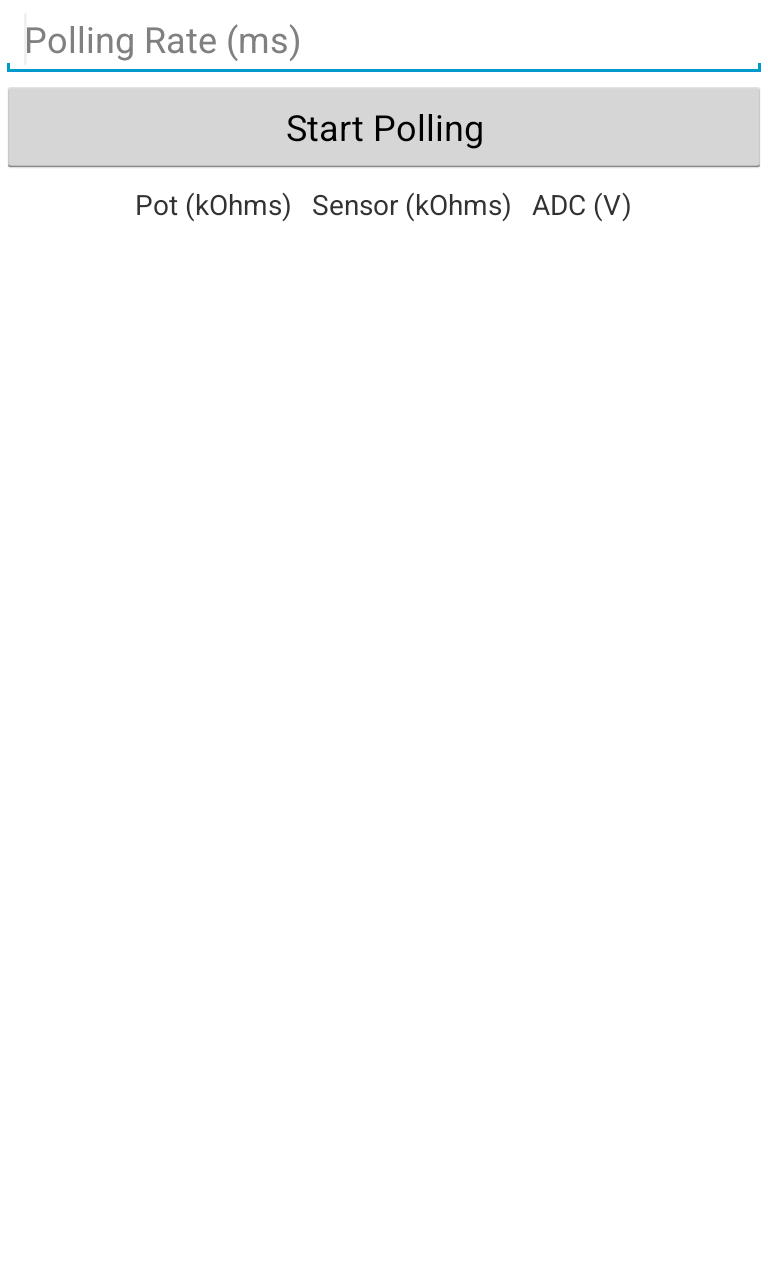
Repository: Pingzehao/ArduinoNanoSensor
Layout: IEC/IEC Sensor/res/layout/iecsensor_layout.xml
The author's editor kept a copy of each file at every save. The layout is drawn from the files as they stood at one save, then again after the next save.
It is drawn on a 768 x 1280 px phone screen (xhdpi) without system bars, with theme AppTheme; the app's code is not run.

Above is the layout before, as saved 2013-01-12 22:48:56.

After the next save:
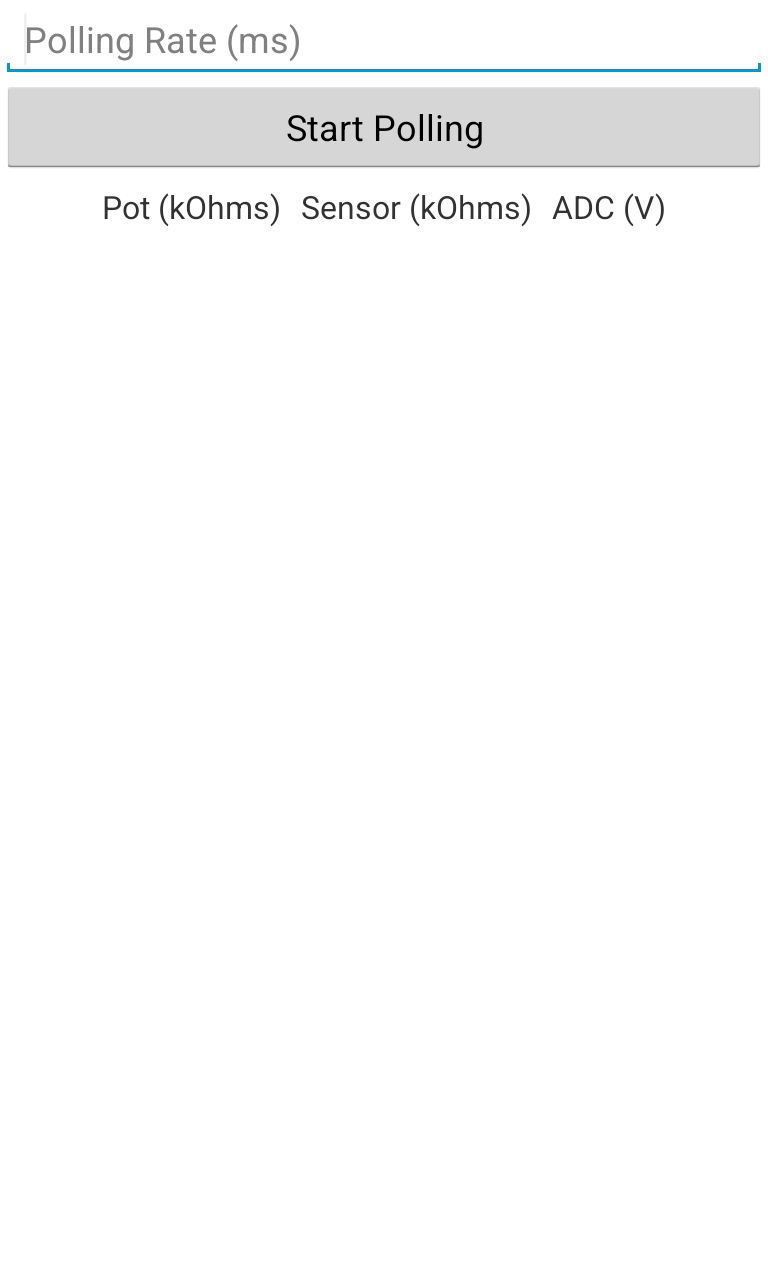
Saved 3 min 55 s later.
--- a/IEC/IEC Sensor/res/layout/iecsensor_layout.xml
+++ b/IEC/IEC Sensor/res/layout/iecsensor_layout.xml
@@ -39,21 +39,25 @@
                 android:layout_width="wrap_content"
                 android:layout_height="wrap_content"
                 android:padding="5dp"
-                android:text="@string/potResistLabel" />
+                android:text="@string/potResistLabel"
+                android:textSize="16sp" />
 
             <TextView
                 android:id="@+id/sensorResistLabel"
                 android:layout_width="wrap_content"
                 android:layout_height="wrap_content"
                 android:padding="5dp"
-                android:text="@string/sensorResistLabel" />
+                android:text="@string/sensorResistLabel"
+                android:textSize="16sp" />
 
             <TextView
                 android:id="@+id/adcVoltLabel"
                 android:layout_width="wrap_content"
                 android:layout_height="wrap_content"
                 android:padding="5dp"
-                android:text="@string/adcVoltLabel" />
+                android:text="@string/adcVoltLabel"
+                android:textSize="16sp" />
+
         </LinearLayout>
 
         <LinearLayout
